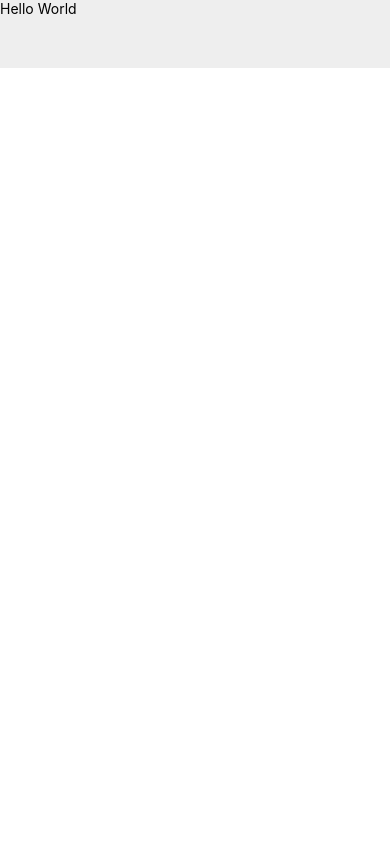
Repository: dodibahari019/TestFrontend
Screen: /
These files come from the project's save history. The screen is drawn as it stood at one moment and after the next save; the edit follows.
The app was drawn by React Native's web renderer in a window 390 px wide. The project was rebuilt for these pictures with package versions that can differ from the ones it lists, and the page was loaded fresh each time. Some packages were replaced by stand-ins written for this rebuild.

Above is the screen before, as saved 2024-12-30 14:58:19.

### App.js
import { StatusBar } from 'expo-status-bar';
import { StyleSheet, Text, View, Dimensions } from 'react-native';

export default function App() {
  return (
    <View style={styles.container}>
      <StatusBar style="auto" />
      {/* <Text>Open up App.js to start working on your app!</Text> */}
      <View style={{ width:'100%', height:'8%', position:'absolute', top:0, backgroundColor:'#eeeeee' }}>
        <Text>Hello World</Text>
      </View>
    </View>
  );
}

const styles = StyleSheet.create({
  container: {
    flex: 1,
    backgroundColor: '#fff',
    alignItems: 'center',
    justifyContent: 'center',
  },
});

Loaded but not shown: index.js (common file)

After the next save:
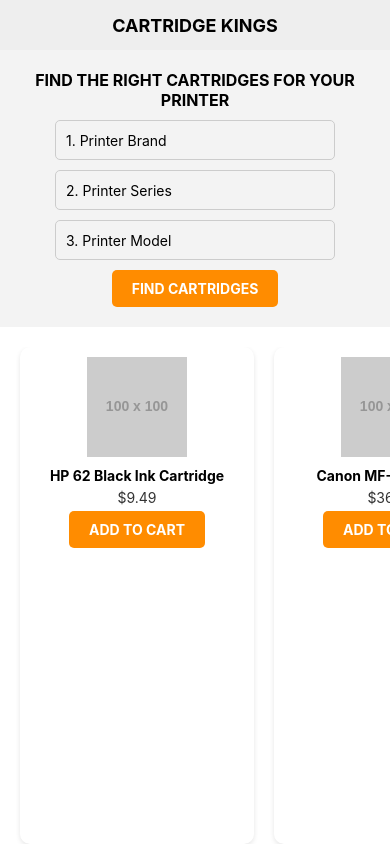
Saved 118 s later.
--- a/App.js
+++ b/App.js
@@ -1,14 +1,57 @@
+import React from 'react';
 import { StatusBar } from 'expo-status-bar';
-import { StyleSheet, Text, View, Dimensions } from 'react-native';
+import { StyleSheet, Text, View, TextInput, ScrollView, Image, TouchableOpacity, Dimensions } from 'react-native';
+
+const { width } = Dimensions.get('window');
 
 export default function App() {
   return (
     <View style={styles.container}>
       <StatusBar style="auto" />
-      {/* <Text>Open up App.js to start working on your app!</Text> */}
-      <View style={{ width:'100%', height:'8%', position:'absolute', top:0, backgroundColor:'#eeeeee' }}>
-        <Text>Hello World</Text>
+
+      {/* Header */}
+      <View style={styles.header}>
+        <Text style={styles.headerText}>CARTRIDGE KINGS</Text>
       </View>
+
+      {/* Search Section */}
+      <View style={styles.searchSection}>
+        <Text style={styles.title}>FIND THE RIGHT CARTRIDGES FOR YOUR PRINTER</Text>
+        <View style={styles.dropdownContainer}>
+          <TextInput style={styles.dropdown} placeholder="1. Printer Brand" />
+          <TextInput style={styles.dropdown} placeholder="2. Printer Series" />
+          <TextInput style={styles.dropdown} placeholder="3. Printer Model" />
+          <TouchableOpacity style={styles.searchButton}>
+            <Text style={styles.buttonText}>FIND CARTRIDGES</Text>
+          </TouchableOpacity>
+        </View>
+      </View>
+
+      {/* Featured Products */}
+      <ScrollView style={styles.featuredSection} horizontal>
+        <View style={styles.productCard}>
+          <Image
+            source={{ uri: 'https://via.placeholder.com/100' }}
+            style={styles.productImage}
+          />
+          <Text style={styles.productTitle}>HP 62 Black Ink Cartridge</Text>
+          <Text style={styles.productPrice}>$9.49</Text>
+          <TouchableOpacity style={styles.addButton}>
+            <Text style={styles.buttonText}>ADD TO CART</Text>
+          </TouchableOpacity>
+        </View>
+        <View style={styles.productCard}>
+          <Image
+            source={{ uri: 'https://via.placeholder.com/100' }}
+            style={styles.productImage}
+          />
+          <Text style={styles.productTitle}>Canon MF-3110 Toner</Text>
+          <Text style={styles.productPrice}>$36.45</Text>
+          <TouchableOpacity style={styles.addButton}>
+            <Text style={styles.buttonText}>ADD TO CART</Text>
+          </TouchableOpacity>
+        </View>
+      </ScrollView>
     </View>
   );
 }
@@ -17,7 +60,88 @@
   container: {
     flex: 1,
     backgroundColor: '#fff',
+  },
+  header: {
+    width: '100%',
+    height: 50,
+    backgroundColor: '#eeeeee',
+    justifyContent: 'center',
     alignItems: 'center',
-    justifyContent: 'center',
+  },
+  headerText: {
+    fontSize: 18,
+    fontWeight: 'bold',
+  },
+  searchSection: {
+    backgroundColor: '#f3f3f3',
+    padding: 20,
+    alignItems: 'center',
+  },
+  title: {
+    fontSize: 16,
+    fontWeight: 'bold',
+    marginBottom: 10,
+    textAlign: 'center',
+  },
+  dropdownContainer: {
+    width: '100%',
+    alignItems: 'center',
+  },
+  dropdown: {
+    width: '80%',
+    height: 40,
+    borderColor: '#ccc',
+    borderWidth: 1,
+    borderRadius: 5,
+    marginBottom: 10,
+    paddingHorizontal: 10,
+  },
+  searchButton: {
+    backgroundColor: '#ff8c00',
+    paddingVertical: 10,
+    paddingHorizontal: 20,
+    borderRadius: 5,
+  },
+  buttonText: {
+    color: '#fff',
+    fontWeight: 'bold',
+  },
+  featuredSection: {
+    marginTop: 20,
+    paddingHorizontal: 10,
+  },
+  productCard: {
+    width: width * 0.6,
+    backgroundColor: '#fff',
+    borderRadius: 10,
+    marginHorizontal: 10,
+    padding: 10,
+    alignItems: 'center',
+    shadowColor: '#000',
+    shadowOffset: { width: 0, height: 2 },
+    shadowOpacity: 0.1,
+    shadowRadius: 5,
+    elevation: 2,
+  },
+  productImage: {
+    width: 100,
+    height: 100,
+    marginBottom: 10,
+  },
+  productTitle: {
+    fontSize: 14,
+    fontWeight: 'bold',
+    textAlign: 'center',
+  },
+  productPrice: {
+    fontSize: 14,
+    color: '#333',
+    marginVertical: 5,
+  },
+  addButton: {
+    backgroundColor: '#ff8c00',
+    paddingVertical: 10,
+    paddingHorizontal: 20,
+    borderRadius: 5,
   },
 });

After the save that followed:
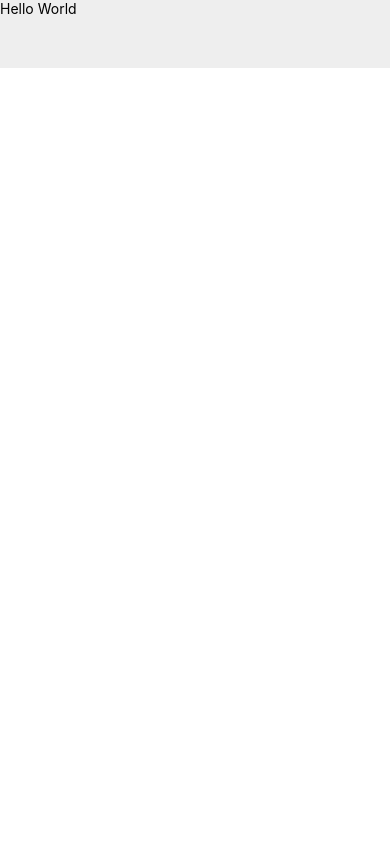
Saved 59 s later.
--- a/App.js
+++ b/App.js
@@ -1,57 +1,14 @@
-import React from 'react';
 import { StatusBar } from 'expo-status-bar';
-import { StyleSheet, Text, View, TextInput, ScrollView, Image, TouchableOpacity, Dimensions } from 'react-native';
-
-const { width } = Dimensions.get('window');
+import { StyleSheet, Text, View, Dimensions } from 'react-native';
 
 export default function App() {
   return (
     <View style={styles.container}>
       <StatusBar style="auto" />
-
-      {/* Header */}
-      <View style={styles.header}>
-        <Text style={styles.headerText}>CARTRIDGE KINGS</Text>
+      {/* <Text>Open up App.js to start working on your app!</Text> */}
+      <View style={{ width:'100%', height:'8%', position:'absolute', top:0, backgroundColor:'#eeeeee' }}>
+        <Text>Hello World</Text>
       </View>
-
-      {/* Search Section */}
-      <View style={styles.searchSection}>
-        <Text style={styles.title}>FIND THE RIGHT CARTRIDGES FOR YOUR PRINTER</Text>
-        <View style={styles.dropdownContainer}>
-          <TextInput style={styles.dropdown} placeholder="1. Printer Brand" />
-          <TextInput style={styles.dropdown} placeholder="2. Printer Series" />
-          <TextInput style={styles.dropdown} placeholder="3. Printer Model" />
-          <TouchableOpacity style={styles.searchButton}>
-            <Text style={styles.buttonText}>FIND CARTRIDGES</Text>
-          </TouchableOpacity>
-        </View>
-      </View>
-
-      {/* Featured Products */}
-      <ScrollView style={styles.featuredSection} horizontal>
-        <View style={styles.productCard}>
-          <Image
-            source={{ uri: 'https://via.placeholder.com/100' }}
-            style={styles.productImage}
-          />
-          <Text style={styles.productTitle}>HP 62 Black Ink Cartridge</Text>
-          <Text style={styles.productPrice}>$9.49</Text>
-          <TouchableOpacity style={styles.addButton}>
-            <Text style={styles.buttonText}>ADD TO CART</Text>
-          </TouchableOpacity>
-        </View>
-        <View style={styles.productCard}>
-          <Image
-            source={{ uri: 'https://via.placeholder.com/100' }}
-            style={styles.productImage}
-          />
-          <Text style={styles.productTitle}>Canon MF-3110 Toner</Text>
-          <Text style={styles.productPrice}>$36.45</Text>
-          <TouchableOpacity style={styles.addButton}>
-            <Text style={styles.buttonText}>ADD TO CART</Text>
-          </TouchableOpacity>
-        </View>
-      </ScrollView>
     </View>
   );
 }
@@ -60,88 +17,7 @@
   container: {
     flex: 1,
     backgroundColor: '#fff',
-  },
-  header: {
-    width: '100%',
-    height: 50,
-    backgroundColor: '#eeeeee',
+    alignItems: 'center',
     justifyContent: 'center',
-    alignItems: 'center',
-  },
-  headerText: {
-    fontSize: 18,
-    fontWeight: 'bold',
-  },
-  searchSection: {
-    backgroundColor: '#f3f3f3',
-    padding: 20,
-    alignItems: 'center',
-  },
-  title: {
-    fontSize: 16,
-    fontWeight: 'bold',
-    marginBottom: 10,
-    textAlign: 'center',
-  },
-  dropdownContainer: {
-    width: '100%',
-    alignItems: 'center',
-  },
-  dropdown: {
-    width: '80%',
-    height: 40,
-    borderColor: '#ccc',
-    borderWidth: 1,
-    borderRadius: 5,
-    marginBottom: 10,
-    paddingHorizontal: 10,
-  },
-  searchButton: {
-    backgroundColor: '#ff8c00',
-    paddingVertical: 10,
-    paddingHorizontal: 20,
-    borderRadius: 5,
-  },
-  buttonText: {
-    color: '#fff',
-    fontWeight: 'bold',
-  },
-  featuredSection: {
-    marginTop: 20,
-    paddingHorizontal: 10,
-  },
-  productCard: {
-    width: width * 0.6,
-    backgroundColor: '#fff',
-    borderRadius: 10,
-    marginHorizontal: 10,
-    padding: 10,
-    alignItems: 'center',
-    shadowColor: '#000',
-    shadowOffset: { width: 0, height: 2 },
-    shadowOpacity: 0.1,
-    shadowRadius: 5,
-    elevation: 2,
-  },
-  productImage: {
-    width: 100,
-    height: 100,
-    marginBottom: 10,
-  },
-  productTitle: {
-    fontSize: 14,
-    fontWeight: 'bold',
-    textAlign: 'center',
-  },
-  productPrice: {
-    fontSize: 14,
-    color: '#333',
-    marginVertical: 5,
-  },
-  addButton: {
-    backgroundColor: '#ff8c00',
-    paddingVertical: 10,
-    paddingHorizontal: 20,
-    borderRadius: 5,
   },
 });
